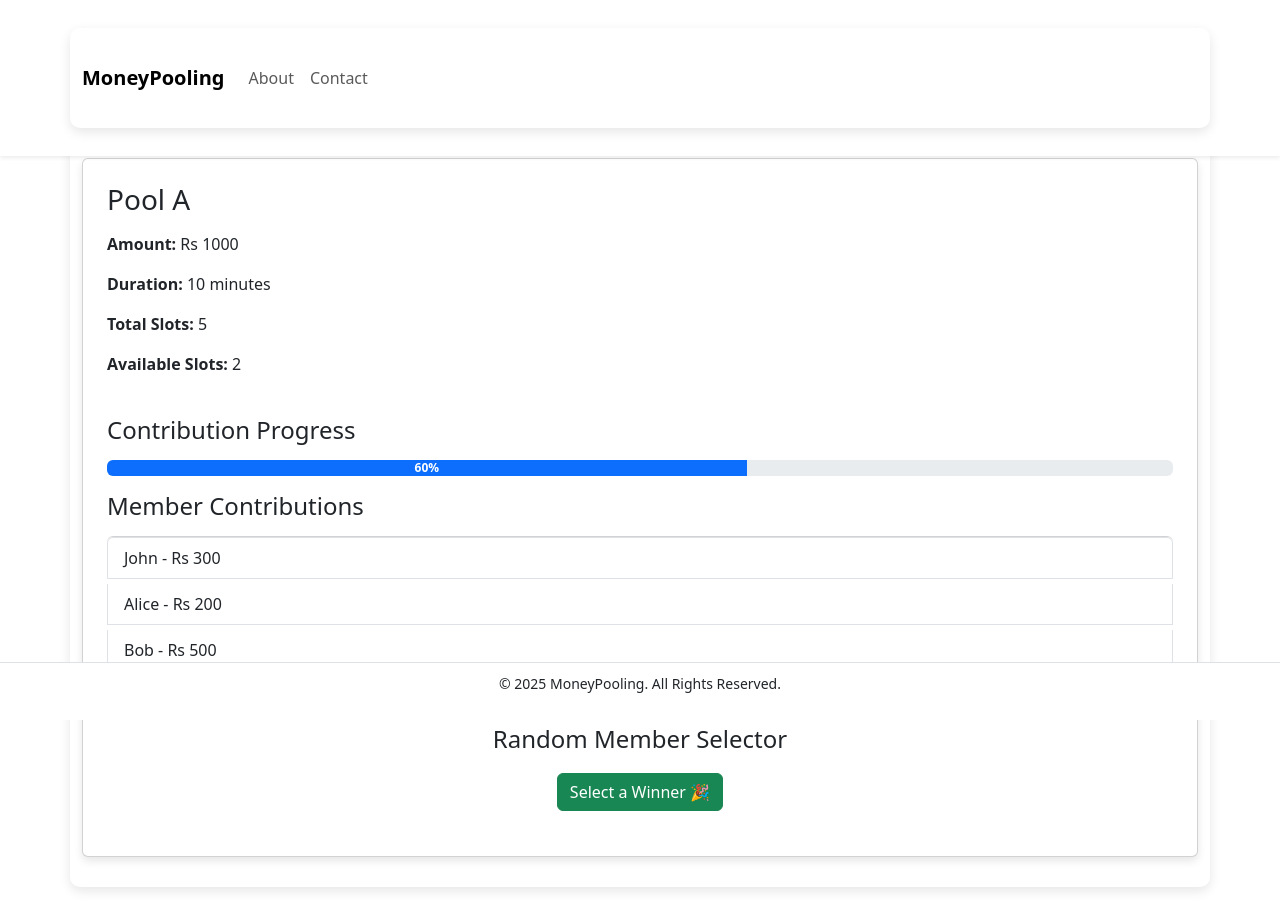
Repository: xxgautm420/MoneyPool
Page: templates/progress.html
An editor plug-in stored every save of this project. The page is shown before and after the next save, followed by the edit.
The browser window is 1280 px wide. The pictures show the whole page.
The page is served by the project's application, run on Flask 3 (user.py). The template is opened directly, without the code that normally fills it, so the values that code supplies are empty.

Above is the page before, as saved 2025-03-01 16:48:54.

After the next save:
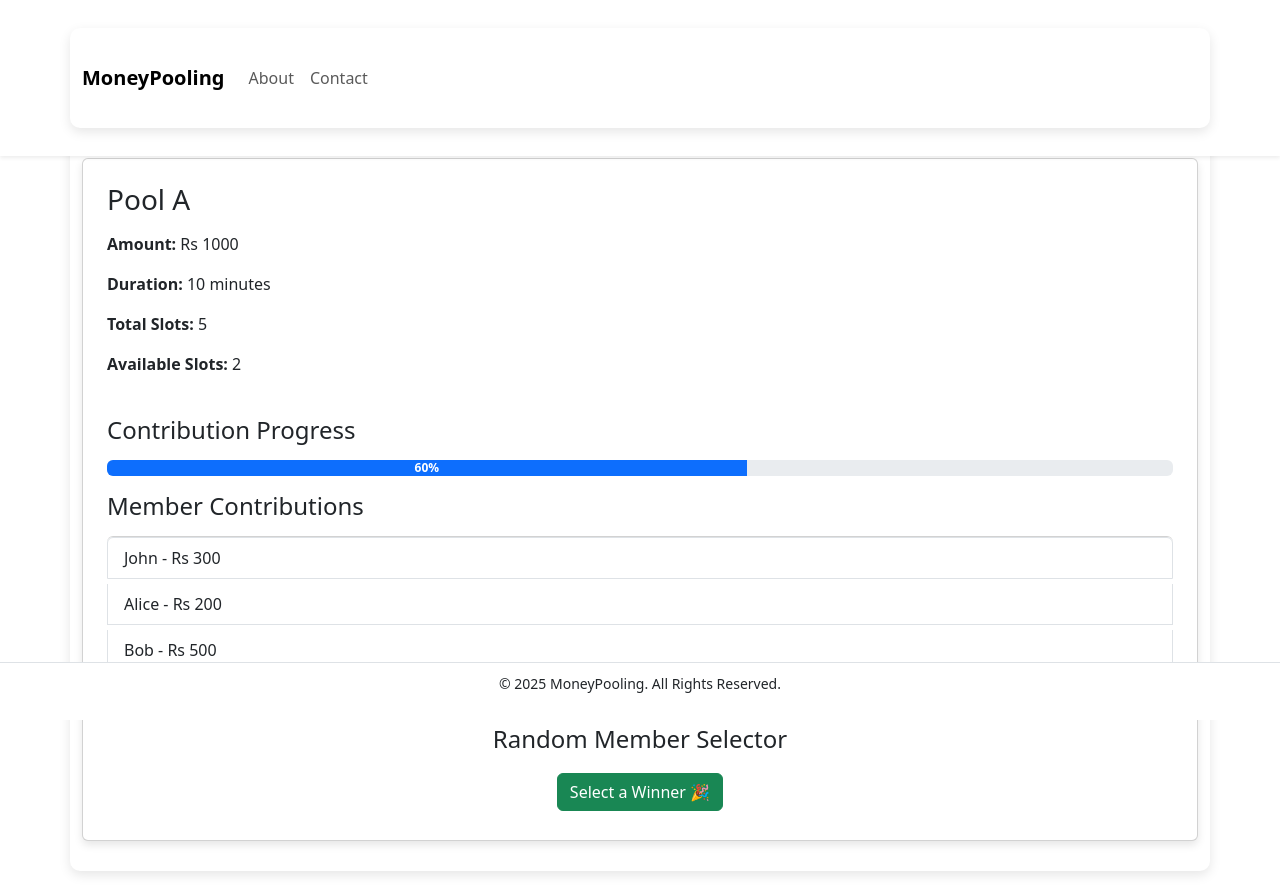
Saved 68 s later.
--- a/templates/progress.html
+++ b/templates/progress.html
@@ -59,7 +59,6 @@
         <div class="text-center mt-5">
             <h4>Random Member Selector</h4>
             <button class="btn btn-success" onclick="startSelection()">Select a Winner 🎉</button>
-            <h3 id="winnerName" class="mt-3"></h3>
         </div>
     </div>
 </div>
